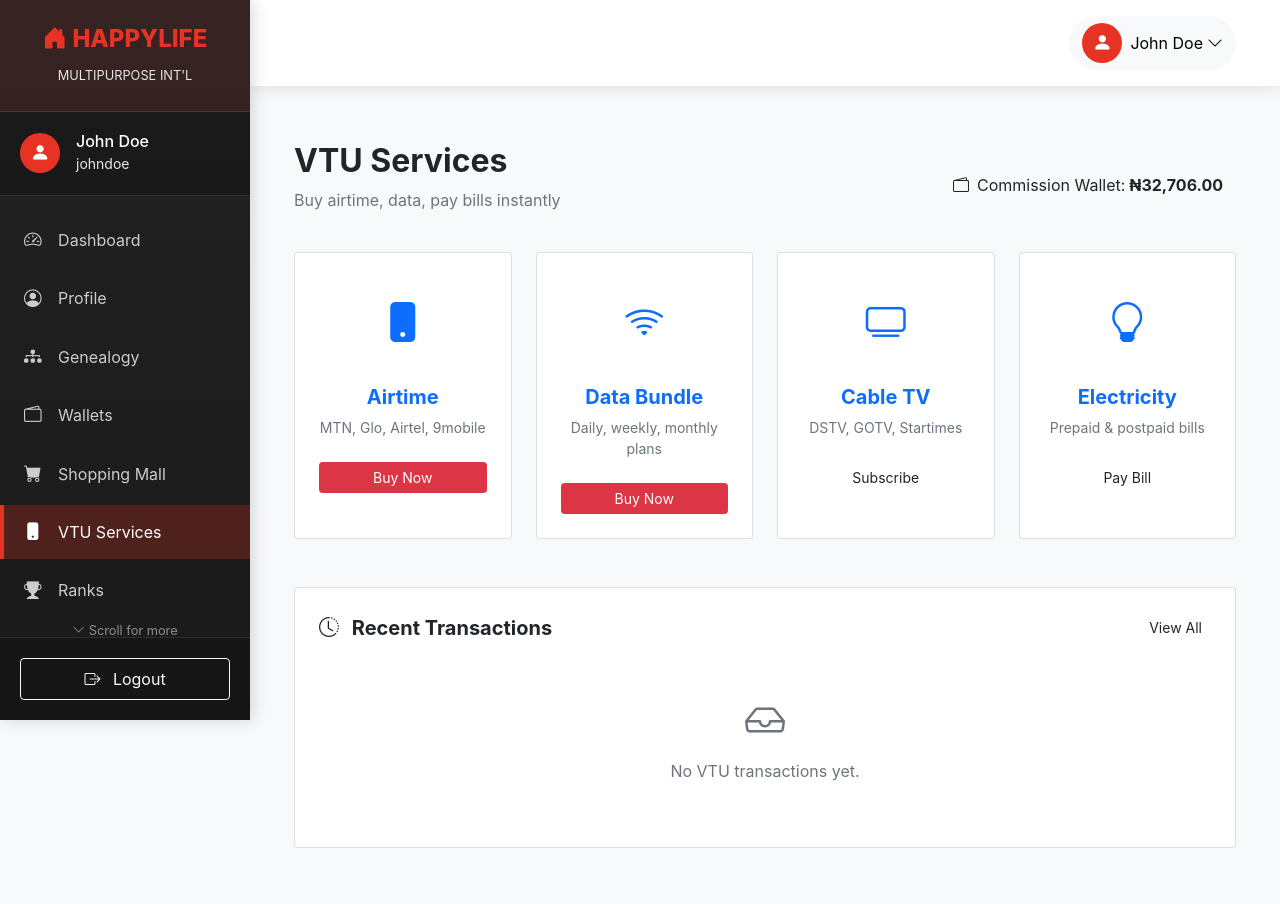
Repository: YackswebCode/happylife
Page: http://localhost/member/vtu
These files come from the project's save history. The page is drawn as it stood at one moment and after the next save; the edit follows.
The browser window is 1280 px wide. The pictures show the whole page.
The page is served by the project's Laravel application, run on PHP 8.4 with Laravel 12. The first stored user is signed in. The database holds what the project's SQL file puts in it. Queries for data that is not in the repository find no rows.

Above is the page before, as saved 2026-03-04 12:32:44.

After the next save:
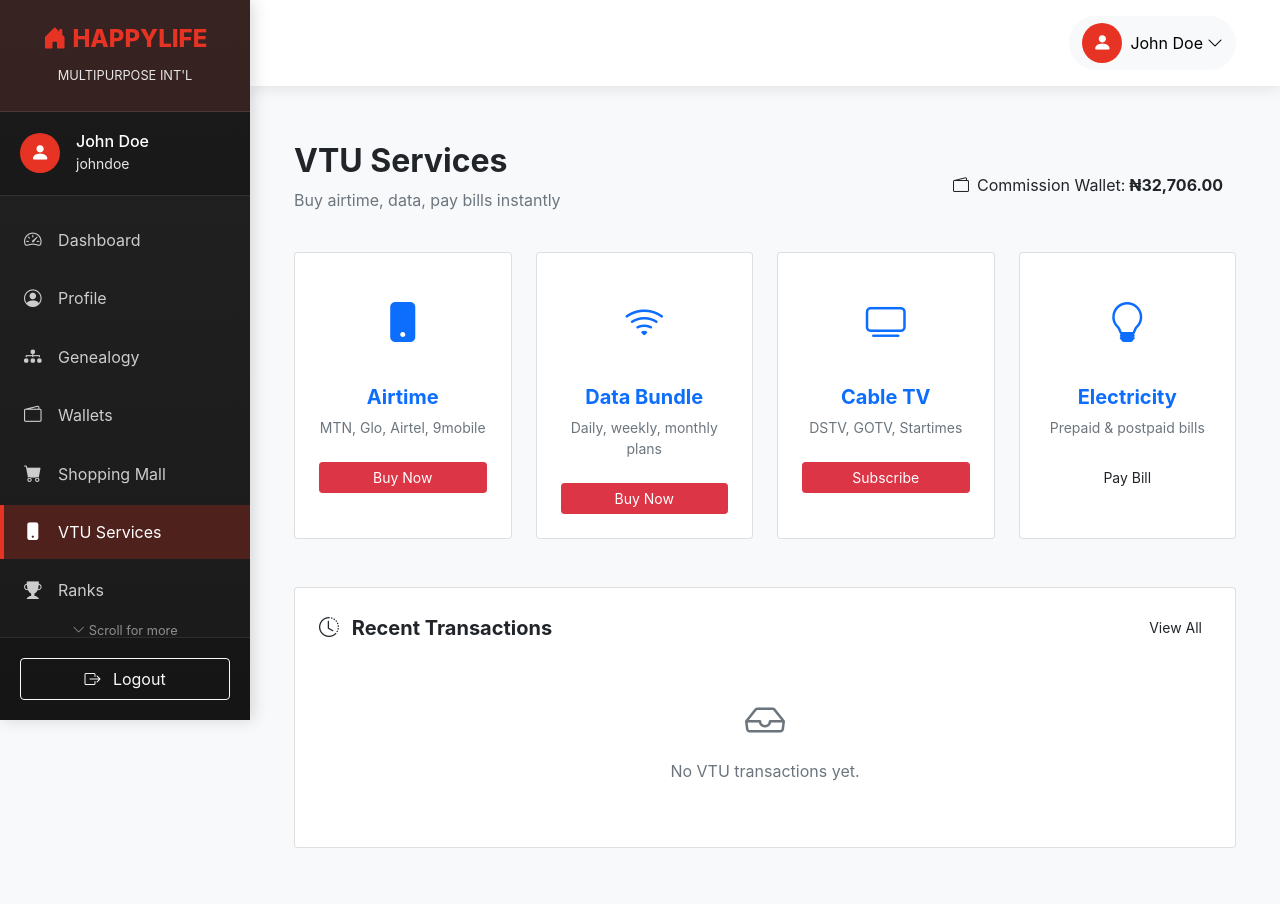
Saved 7 s later.
--- a/resources/views/member/vtu/index.blade.php
+++ b/resources/views/member/vtu/index.blade.php
@@ -50,7 +50,7 @@
                     </div>
                     <h5 class="fw-bold text-happylife-dark">Cable TV</h5>
                     <p class="text-secondary small">DSTV, GOTV, Startimes</p>
-                    <span class="btn btn-sm btn-happylife-cyan mt-2">Subscribe</span>
+                    <span class="btn btn-sm btn-danger mt-2">Subscribe</span>
                 </div>
             </a>
         </div>
